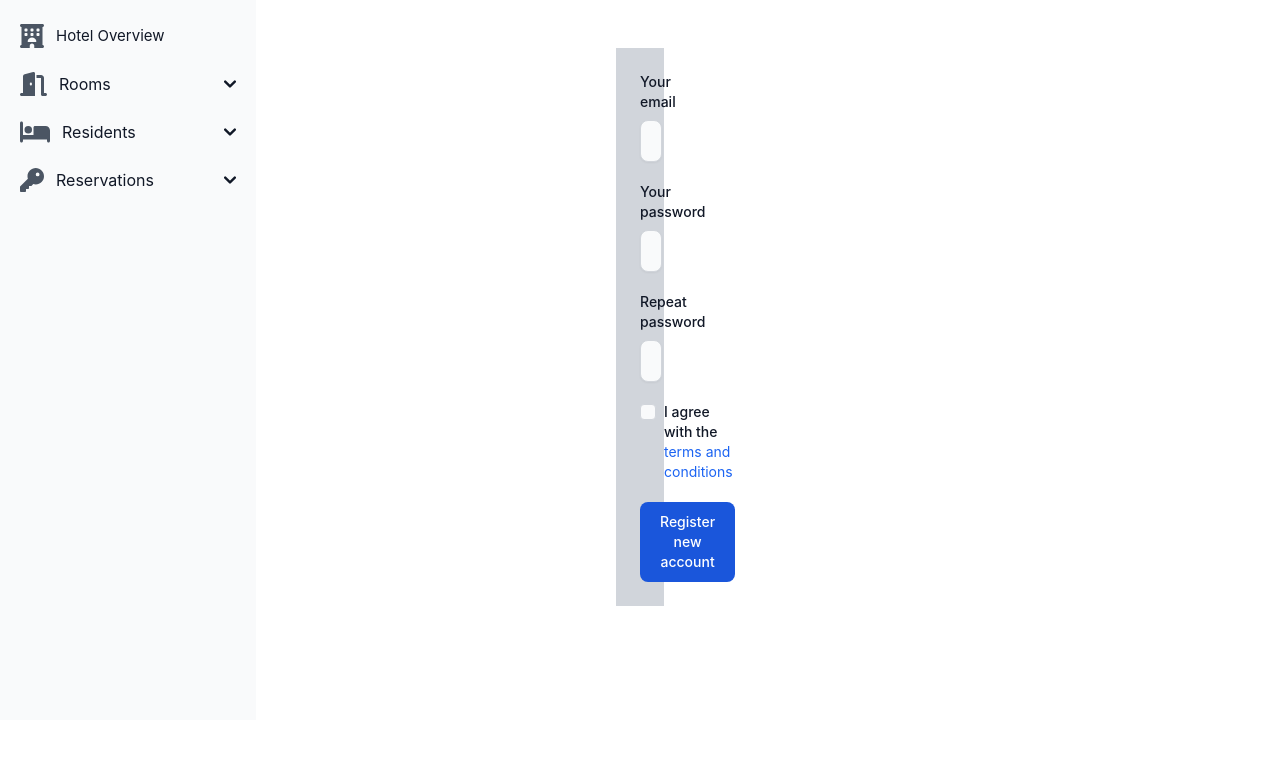
Repository: aggepap/hotelReservationsProj
Page: /rooms/add (app in admin-panel/)
These files come from the project's save history. The page is drawn as it stood at one moment and after the next save; the edit follows.
The browser window is 1280 px wide. The pictures show the whole page.
The project was rebuilt for these pictures with package versions that can differ from the ones it lists, and the page was loaded fresh each time. Also part of the build but not shown: admin-panel/vite.config.ts, admin-panel/src/views/HomeView.vue.

Above is the page before, as saved 2025-01-19 15:42:46.

### admin-panel/index.html
<!DOCTYPE html>
<html lang="">
  <head>
    <meta charset="UTF-8" />
    <link rel="icon" href="/favicon.ico" />
    <meta name="viewport" content="width=device-width, initial-scale=1.0" />
    <title>Vite App</title>
  </head>
  <body>
    <div id="app"></div>
    <script type="module" src="/src/main.ts"></script>
  </body>
</html>

### admin-panel/src/main.ts
import "./assets/main.css";
import "primeicons/primeicons.css";
import "flowbite";

import { createApp } from "vue";
import App from "./App.vue";
import router from "./router";

const app = createApp(App);

app.use(router);

app.mount("#app");

### admin-panel/src/assets/main.css
@import "./base.css";
@tailwind base;
@tailwind components;
@tailwind utilities;

### admin-panel/src/App.vue
<script setup lang="ts">
import { RouterLink, RouterView } from "vue-router";
import { FontAwesomeIcon } from "@fortawesome/vue-fontawesome";
import { faDoorOpen } from "@fortawesome/free-solid-svg-icons";
import { faHotel } from "@fortawesome/free-solid-svg-icons";
import { faBed } from "@fortawesome/free-solid-svg-icons";
import { faKey } from "@fortawesome/free-solid-svg-icons";
</script>

<template>
  <button
    data-drawer-target="sidebar-multi-level-sidebar"
    data-drawer-toggle="sidebar-multi-level-sidebar"
    aria-controls="sidebar-multi-level-sidebar"
    type="button"
    class="inline-flex items-center p-2 mt-2 ms-3 text-sm text-gray-500 rounded-lg sm:hidden hover:bg-gray-100 focus:outline-none focus:ring-2 focus:ring-gray-200 dark:text-gray-400 dark:hover:bg-gray-700 dark:focus:ring-gray-600"
  >
    <span class="sr-only">Open sidebar</span>
    <svg
      class="w-6 h-6"
      aria-hidden="true"
      fill="currentColor"
      viewBox="0 0 20 20"
      xmlns="http://www.w3.org/2000/svg"
    >
      <path
        clip-rule="evenodd"
        fill-rule="evenodd"
        d="M2 4.75A.75.75 0 012.75 4h14.5a.75.75 0 010 1.5H2.75A.75.75 0 012 4.75zm0 10.5a.75.75 0 01.75-.75h7.5a.75.75 0 010 1.5h-7.5a.75.75 0 01-.75-.75zM2 10a.75.75 0 01.75-.75h14.5a.75.75 0 010 1.5H2.75A.75.75 0 012 10z"
      ></path>
    </svg>
  </button>

  <aside
    id="sidebar-multi-level-sidebar"
    class="fixed top-0 left-0 z-40 w-64 h-screen transition-transform -translate-x-full sm:translate-x-0"
    aria-label="Sidebar"
  >
    <div class="h-full px-3 py-4 overflow-y-auto bg-gray-50 dark:bg-gray-800">
      <ul class="space-y-2 font-medium">
        <li>
          <a
            href="#"
            class="flex items-center p-2 text-gray-900 rounded-lg dark:text-white hover:bg-gray-100 dark:hover:bg-gray-700 group"
          >
            <FontAwesomeIcon class="text-gray-600 text-2xl" :icon="faHotel" />
            <span class="ms-3">Hotel Overview</span>
          </a>
        </li>
        <li>
          <button
            type="button"
            class="flex items-center w-full p-2 text-base text-gray-900 transition duration-75 rounded-lg group hover:bg-gray-100 dark:text-white dark:hover:bg-gray-700"
            aria-controls="dropdown-rooms"
            data-collapse-toggle="dropdown-rooms"
          >
            <FontAwesomeIcon
              class="text-gray-600 text-2xl"
              :icon="faDoorOpen"
            />

            <span class="flex-1 ms-3 text-left rtl:text-right whitespace-nowrap"
              >Rooms</span
            >
            <svg
              class="w-3 h-3"
              aria-hidden="true"
              xmlns="http://www.w3.org/2000/svg"
              fill="none"
              viewBox="0 0 10 6"
            >
              <path
                stroke="currentColor"
                stroke-linecap="round"
                stroke-linejoin="round"
                stroke-width="2"
                d="m1 1 4 4 4-4"
              />
            </svg>
          </button>
          <ul id="dropdown-rooms" class="hidden py-2 space-y-2">
            <li>
              <RouterLink
                to="/rooms/add"
                class="flex justify-start gap-2 items-start w-full p-2 text-gray-900 transition duration-75 rounded-lg pl-11 group hover:bg-gray-100 dark:text-white dark:hover:bg-gray-700"
              >
                <i class="pi pi-plus pt-1"></i> Add new Room</RouterLink
              >
            </li>
          </ul>
        </li>
        <li>
          <button
            type="button"
            class="flex items-center w-full p-2 text-base text-gray-900 transition duration-75 rounded-lg group hover:bg-gray-100 dark:text-white dark:hover:bg-gray-700"
            aria-controls="dropdown-residents"
            data-collapse-toggle="dropdown-residents"
          >
            <FontAwesomeIcon class="text-gray-600 text-2xl" :icon="faBed" />

            <span class="flex-1 ms-3 text-left rtl:text-right whitespace-nowrap"
              >Residents</span
            >
            <svg
              class="w-3 h-3"
              aria-hidden="true"
              xmlns="http://www.w3.org/2000/svg"
              fill="none"
              viewBox="0 0 10 6"
            >
              <path
                stroke="currentColor"
                stroke-linecap="round"
                stroke-linejoin="round"
                stroke-width="2"
                d="m1 1 4 4 4-4"
              />
            </svg>
          </button>
          <ul id="dropdown-residents" class="hidden py-2 space-y-2">
            <li>
              <a
                href="#"
                class="flex justify-start gap-2 items-start w-full p-2 text-gray-900 transition duration-75 rounded-lg pl-11 group hover:bg-gray-100 dark:text-white dark:hover:bg-gray-700"
              >
                <i class="pi pi-plus pt-1"></i> Add a Resident</a
              >
            </li>
          </ul>
        </li>
        <li>
          <button
            type="button"
            class="flex items-center w-full p-2 text-base text-gray-900 transition duration-75 rounded-lg group hover:bg-gray-100 dark:text-white dark:hover:bg-gray-700"
            aria-controls="dropdown-reservations"
            data-collapse-toggle="dropdown-reservations"
          >
            <FontAwesomeIcon class="text-gray-600 text-2xl" :icon="faKey" />

            <span class="flex-1 ms-3 text-left rtl:text-right whitespace-nowrap"
              >Reservations</span
            >
            <svg
              class="w-3 h-3"
              aria-hidden="true"
              xmlns="http://www.w3.org/2000/svg"
              fill="none"
              viewBox="0 0 10 6"
            >
              <path
                stroke="currentColor"
                stroke-linecap="round"
                stroke-linejoin="round"
                stroke-width="2"
                d="m1 1 4 4 4-4"
              />
            </svg>
          </button>
          <ul id="dropdown-reservations" class="hidden py-2 space-y-2">
            <li>
              <a
                href="#"
                class="flex justify-start gap-2 items-start w-full p-2 text-gray-900 transition duration-75 rounded-lg pl-11 group hover:bg-gray-100 dark:text-white dark:hover:bg-gray-700"
              >
                <i class="pi pi-plus pt-1"></i> Add a Reservation</a
              >
            </li>
          </ul>
        </li>
      </ul>
    </div>
  </aside>

  <main class="flex items-start w-full h-screen mt-12">
    <div class="mx-auto w-10 max-w-screen-xl p-4 md:p-6 bg-gray-300">
      <RouterView />
    </div>
  </main>
</template>

### admin-panel/src/router/index.ts
import { createRouter, createWebHistory } from "vue-router";
import HomeView from "../views/HomeView.vue";
import AddRoomView from "@/views/roomviews/AddRoomView.vue";

const router = createRouter({
  history: createWebHistory(import.meta.env.BASE_URL),
  routes: [
    {
      path: "/",
      name: "home",
      component: HomeView,
    },
    {
      path: "/rooms/add",
      name: "addRoom",
      component: AddRoomView,
    },
    {
      path: "/about",
      name: "about",
      // route level code-splitting
      // this generates a separate chunk (About.[hash].js) for this route
      // which is lazy-loaded when the route is visited.
      component: () => import("../views/AboutView.vue"),
    },
  ],
});

export default router;

### admin-panel/src/views/roomviews/AddRoomView.vue
<script setup></script>

<template>
  <form class="max-w-sm mx-auto">
    <div class="mb-5">
      <label
        for="email"
        class="block mb-2 text-sm font-medium text-gray-900 dark:text-white"
        >Your email</label
      >
      <input
        type="email"
        id="email"
        class="shadow-sm bg-gray-50 border border-gray-300 text-gray-900 text-sm rounded-lg focus:ring-blue-500 focus:border-blue-500 block w-full p-2.5 dark:bg-gray-700 dark:border-gray-600 dark:placeholder-gray-400 dark:text-white dark:focus:ring-blue-500 dark:focus:border-blue-500 dark:shadow-sm-light"
        placeholder="name@flowbite.com"
        required
      />
    </div>
    <div class="mb-5">
      <label
        for="password"
        class="block mb-2 text-sm font-medium text-gray-900 dark:text-white"
        >Your password</label
      >
      <input
        type="password"
        id="password"
        class="shadow-sm bg-gray-50 border border-gray-300 text-gray-900 text-sm rounded-lg focus:ring-blue-500 focus:border-blue-500 block w-full p-2.5 dark:bg-gray-700 dark:border-gray-600 dark:placeholder-gray-400 dark:text-white dark:focus:ring-blue-500 dark:focus:border-blue-500 dark:shadow-sm-light"
        required
      />
    </div>
    <div class="mb-5">
      <label
        for="repeat-password"
        class="block mb-2 text-sm font-medium text-gray-900 dark:text-white"
        >Repeat password</label
      >
      <input
        type="password"
        id="repeat-password"
        class="shadow-sm bg-gray-50 border border-gray-300 text-gray-900 text-sm rounded-lg focus:ring-blue-500 focus:border-blue-500 block w-full p-2.5 dark:bg-gray-700 dark:border-gray-600 dark:placeholder-gray-400 dark:text-white dark:focus:ring-blue-500 dark:focus:border-blue-500 dark:shadow-sm-light"
        required
      />
    </div>
    <div class="flex items-start mb-5">
      <div class="flex items-center h-5">
        <input
          id="terms"
          type="checkbox"
          value=""
          class="w-4 h-4 border border-gray-300 rounded bg-gray-50 focus:ring-3 focus:ring-blue-300 dark:bg-gray-700 dark:border-gray-600 dark:focus:ring-blue-600 dark:ring-offset-gray-800 dark:focus:ring-offset-gray-800"
          required
        />
      </div>
      <label
        for="terms"
        class="ms-2 text-sm font-medium text-gray-900 dark:text-gray-300"
        >I agree with the
        <a href="#" class="text-blue-600 hover:underline dark:text-blue-500"
          >terms and conditions</a
        ></label
      >
    </div>
    <button
      type="submit"
      class="text-white bg-blue-700 hover:bg-blue-800 focus:ring-4 focus:outline-none focus:ring-blue-300 font-medium rounded-lg text-sm px-5 py-2.5 text-center dark:bg-blue-600 dark:hover:bg-blue-700 dark:focus:ring-blue-800"
    >
      Register new account
    </button>
  </form>
</template>

### admin-panel/tailwind.config.js
/** @type {import('tailwindcss').Config} */
export default {
  content: [
    "./index.html",
    "./src/**/*.{vue,js,ts,jsx,tsx}",
    "./node_modules/flowbite/**/*.js",
  ],
  theme: {
    extend: {},
  },
  plugins: [require("flowbite/plugin")],
};

Loaded but not shown: admin-panel/src/assets/base.css (common file)

After the next save:
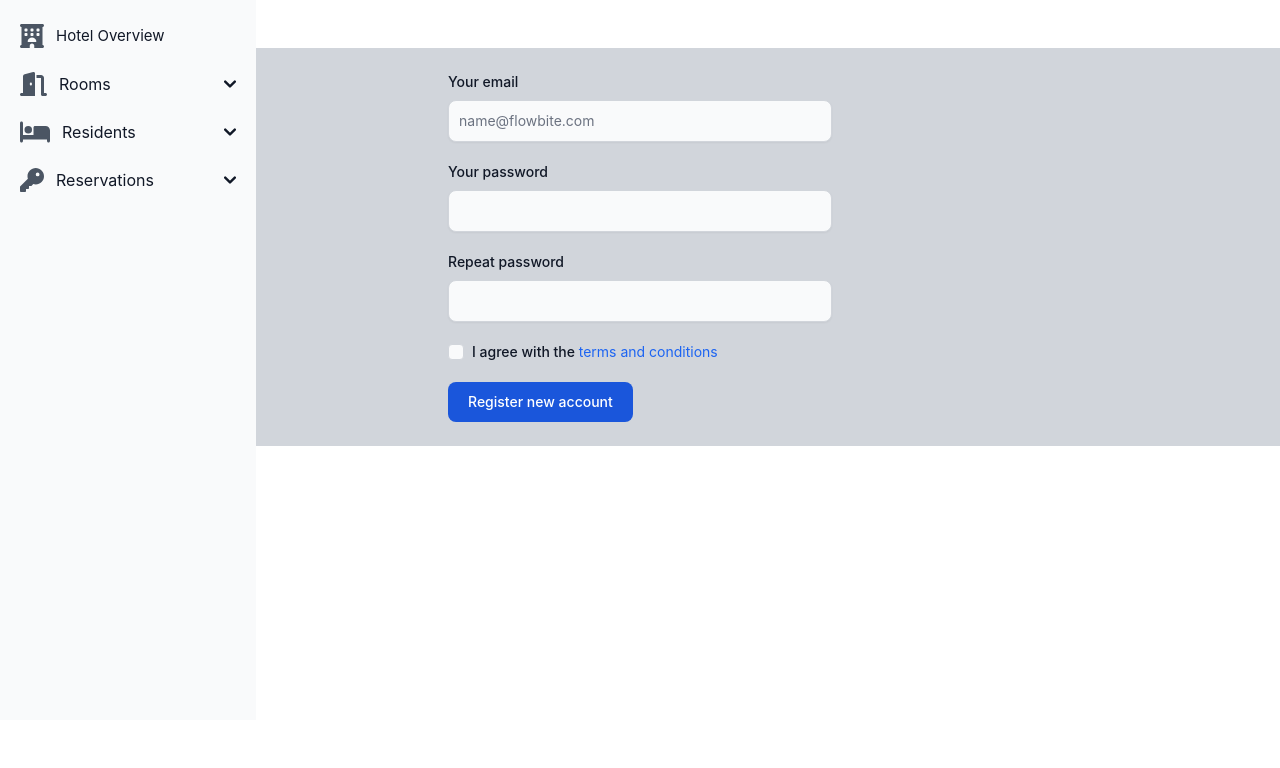
Saved 8 s later.
--- a/admin-panel/src/App.vue
+++ b/admin-panel/src/App.vue
@@ -172,7 +172,7 @@ import { faKey } from "@fortawesome/free-solid-svg-icons";
   </aside>
 
   <main class="flex items-start w-full h-screen mt-12">
-    <div class="mx-auto w-10 max-w-screen-xl p-4 md:p-6 bg-gray-300">
+    <div class="mx-auto w-full max-w-screen-xl p-4 md:p-6 bg-gray-300">
       <RouterView />
     </div>
   </main>
